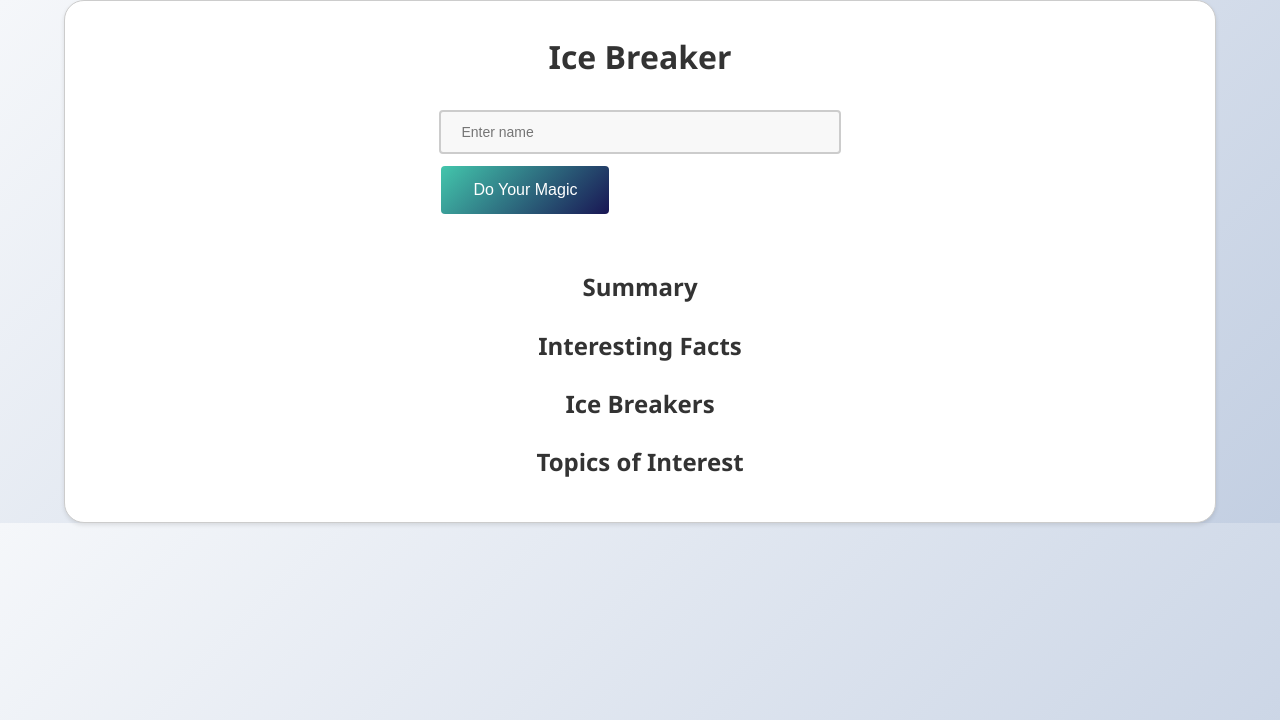
Repository: kunal02kb/Minor-Project-LangCahin
Page: http://localhost/
The author's editor kept a copy of each file at every save. The page is drawn from the files as they stood at one save, then again after a run of saves.
The browser window is 1280 px wide. The pictures show the whole page.
Some web libraries are served in a nearby version. The page is served by the project's application, run on Flask 3 (app.py). Other server files are loaded and not shown.

Above is the page before, as saved 2023-09-27 08:23:17.

### templates/index.html
<!DOCTYPE html>
<html lang="en">
<head>
    <meta charset="UTF-8">
    <meta name="viewport" content="width=device-width, initial-scale=1.0">
    <link rel="stylesheet" href="{{ url_for('static', filename='css/style.css') }}">
    <script src="https://code.jquery.com/jquery-3.6.0.min.js"></script>
    <title>Ice Breaker</title>
    <link rel="stylesheet" href="https://cdnjs.cloudflare.com/ajax/libs/font-awesome/6.1.0/css/all.min.css" />
    <div class="spinner-container" id="spinner-container" style="display: none;">
        <i id="loading-spinner" class="fas fa-spinner fa-spin"></i>
    </div>
</head>
<body>
    <div class="container">
        <h1>Ice Breaker</h1>
        <form id="name-form">
            <input type="text" id="name" name="name" placeholder="Enter name">
            <button id="magic-button" type="submit">Do Your Magic</button>
        </form>
        <div id="result">
            <img id="profile-pic" src="" alt="Profile Picture" style="display: none; max-width: 100%; height: auto; border-radius: 50%; margin-bottom: 20px;">
            <h2>Summary</h2>
            <p id="summary-and-facts"></p>
            <h2>Interesting Facts</h2>
            <div id="interests"></div>
            <h2>Ice Breakers</h2>
            <div id="ice-breakers"></div>
            <h2>Topics of Interest</h2>
            <div id="topics-of-interest"></div>
        </div>
    </div>
    <script>
        $(document).ready(function () {
            $('#name-form').on('submit', function (e) {
                e.preventDefault();
                $('#spinner-container').show();
                $.ajax({
                    url: '/process',
                    data: $('#name-form').serialize(),
                    type: 'POST',
                    success: function (response) {
                        $('#profile-pic').attr('src', response.picture_url); // Update the profile picture src attribute
                        $('#profile-pic').show(); // Show the profile picture
                        $('#summary-and-facts').text(response.summary);
                        $('#interests').html('<ul>' + response.facts.map(fact => '<li>' + fact + '</li>').join('') + '</ul>');
                        $('#ice-breakers').html('<ul>' + response.ice_breakers.map(ice_breaker => '<li>' + ice_breaker + '</li>').join('') + '</ul>');
                        $('#topics-of-interest').html('<ul>' + response.interests.map(topic => '<li>' + topic + '</li>').join('') + '</ul>');
                    },
                    error: function (error) {
                        console.log(error);
                    },
                    complete: function () {
                        $('#spinner-container').hide();
                    }
                });
            });
        });
    </script>
</body>
</html>

### app.py
from flask import Flask, render_template, request, jsonify
from ice_breaker import ice_break

app = Flask(__name__)


@app.route("/")
def index():
    return render_template("index.html")


@app.route("/process", methods=["POST"])
def process():
    name = request.form["name"]
    person_info, profile_pic_url = ice_break(name=name)

    # print(person_info.summary)
    # print( person_info.topic_of_interest)
    # print( person_info.facts)
    # print( person_info.ice_breaker)
    # print(profile_pic_url)

    return jsonify(
        {
            "summary": person_info.summary,
            "interests": person_info.topic_of_interest,
            "facts": person_info.facts,
            "ice_breakers": person_info.ice_breaker,
            "picture_url": profile_pic_url,
        }
    )


if __name__ == "__main__":
    app.run(host="0.0.0.0", debug=True)

### static/css/style.css

* {
    box-sizing: border-box;
    margin: 0;
    padding: 0;
}

body {
    font-family: 'Segoe UI', Tahoma, Geneva, Verdana, sans-serif;
    background-color: #f5f5f5;
    color: #333;
    line-height: 1.6;
}

.container {
    width: 90%;
    margin: 0 auto;
    padding: 30px;
    background-color: #ffffff;
    box-shadow: 0 2px 4px rgba(0, 0, 0, 0.1);
    border: 1px solid #ccc;
    border-radius: 20px;
    display: flex;
    flex-direction: column;
    align-items: center;
}

h1 {
    font-size: 32px;
    margin-bottom: 20px;
}

input[type="text"] {
    width: 100%;
    padding: 12px 20px;
    margin: 8px 0;
    box-sizing: border-box;
    border: 2px solid #ccc;
    border-radius: 4px;
    background-color: #f8f8f8;
    font-size: 14px;
}

button {
    background-color: #4caf50;
    border: none;
    color: white;
    padding: 15px 32px;
    text-align: center;
    text-decoration: none;
    display: inline-block;
    font-size: 16px;
    margin: 4px 2px;
    cursor: pointer;
    border-radius: 4px;
    transition: 0.3s;
}

button:hover {
    background-color: #45a049;
}

#result {
    margin-top: 30px;
    width: 100%;
    text-align: center;
}


#loading {
  display: none;
  position: fixed;
  top: 0;
  right: 0;
  bottom: 0;
  left: 0;
  z-index: 999;
  background-color: rgba(255, 255, 255, 0.8);
}

.loader {
  position: absolute;
  top: 50%;
  left: 50%;
  transform: translate(-50%, -50%);
  border: 8px solid #f3f3f3;
  border-top: 8px solid #3498db;
  border-radius: 50%;
  width: 50px;
  height: 50px;
  animation: spin 2s linear infinite;
}

p {
    font-size: 18px;
    margin-bottom: 10px;
}

h2 {
    font-size: 24px;
    margin-bottom: 10px;
    margin-top: 20px;
}


/* style.css */

/* Add or update this in your style.css file */

body {
    font-family: 'Segoe UI', Tahoma, Geneva, Verdana, sans-serif;
    background-color: #f5f5f5;
    color: #333;
    line-height: 1.6;
    background-image: linear-gradient(135deg, #f5f7fa 0%, #c3cfe2 100%);
}

.spinner-container {
    position: fixed;
    display: flex;
    align-items: center;
    justify-content: center;
    top: 0;
    right: 0;
    bottom: 0;
    left: 0;
    z-index: 999;
}

#loading-spinner {
    font-size: 48px;
}

button {
    background-color: #4caf50;
    background-image: linear-gradient(135deg, #43c6ac 0%, #191654 100%);
    border: none;
    color: white;
    padding: 15px 32px;
    text-align: center;
    text-decoration: none;
    display: inline-block;
    font-size: 16px;
    margin: 4px 2px;
    cursor: pointer;
    border-radius: 4px;
    transition: 0.3s;
}

After the next 2 saves:
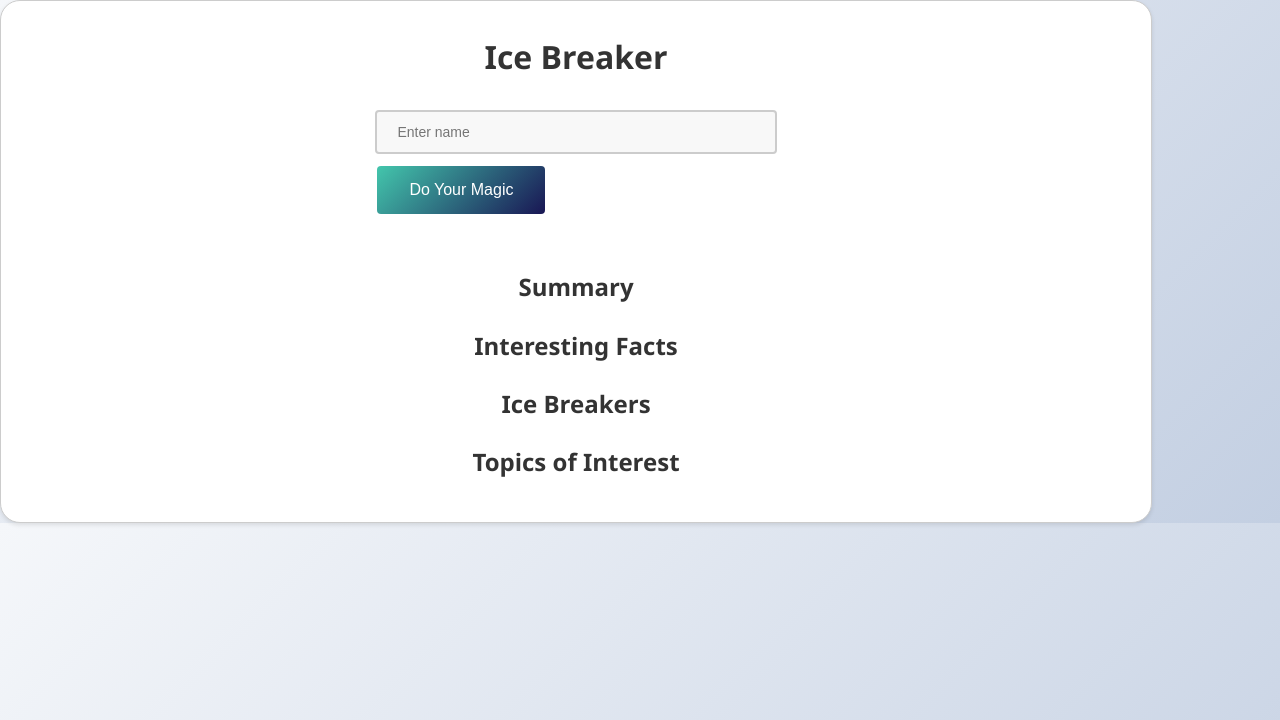
The 2 saves are shown as one change because they came seconds apart.
The last was saved 9 s later.
--- a/static/css/style.css
+++ b/static/css/style.css
@@ -14,7 +14,7 @@
 
 .container {
     width: 90%;
-    margin: 0 auto;
+    margin: 0;
     padding: 30px;
     background-color: #ffffff;
     box-shadow: 0 2px 4px rgba(0, 0, 0, 0.1);

After the save that followed:
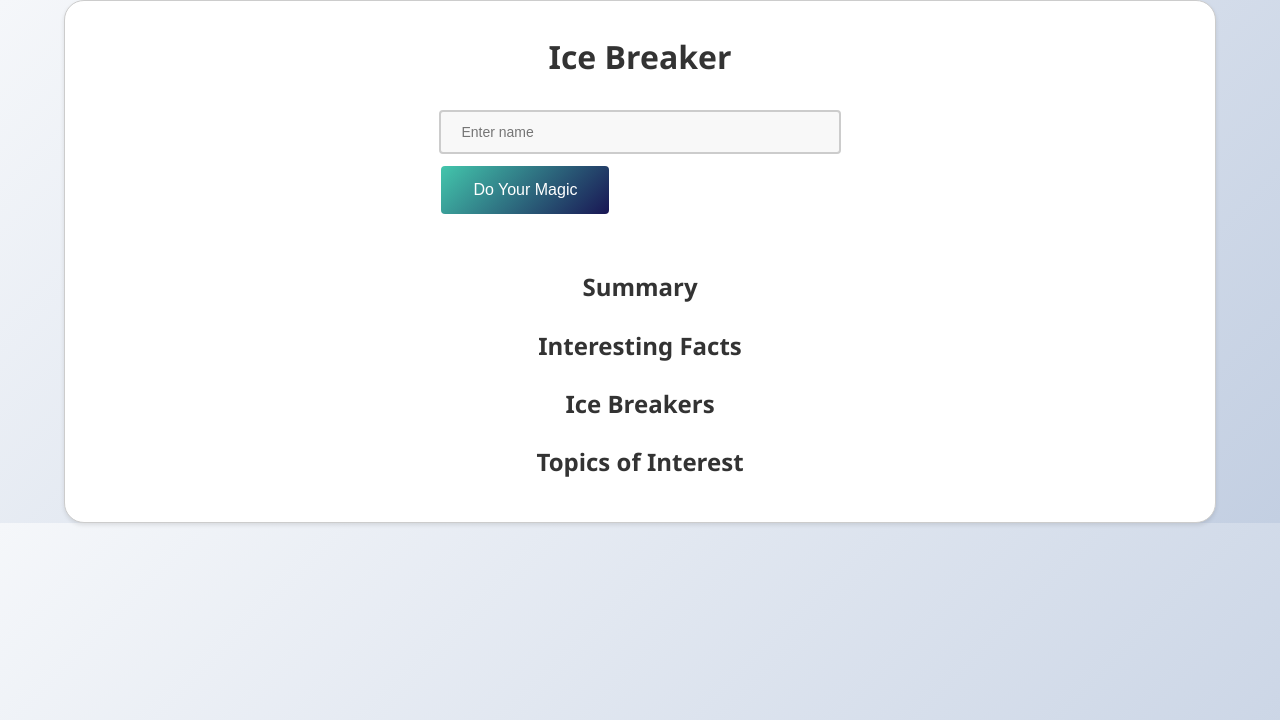
Saved 6 s later.
--- a/static/css/style.css
+++ b/static/css/style.css
@@ -14,7 +14,7 @@
 
 .container {
     width: 90%;
-    margin: 0;
+    margin: auto;
     padding: 30px;
     background-color: #ffffff;
     box-shadow: 0 2px 4px rgba(0, 0, 0, 0.1);
